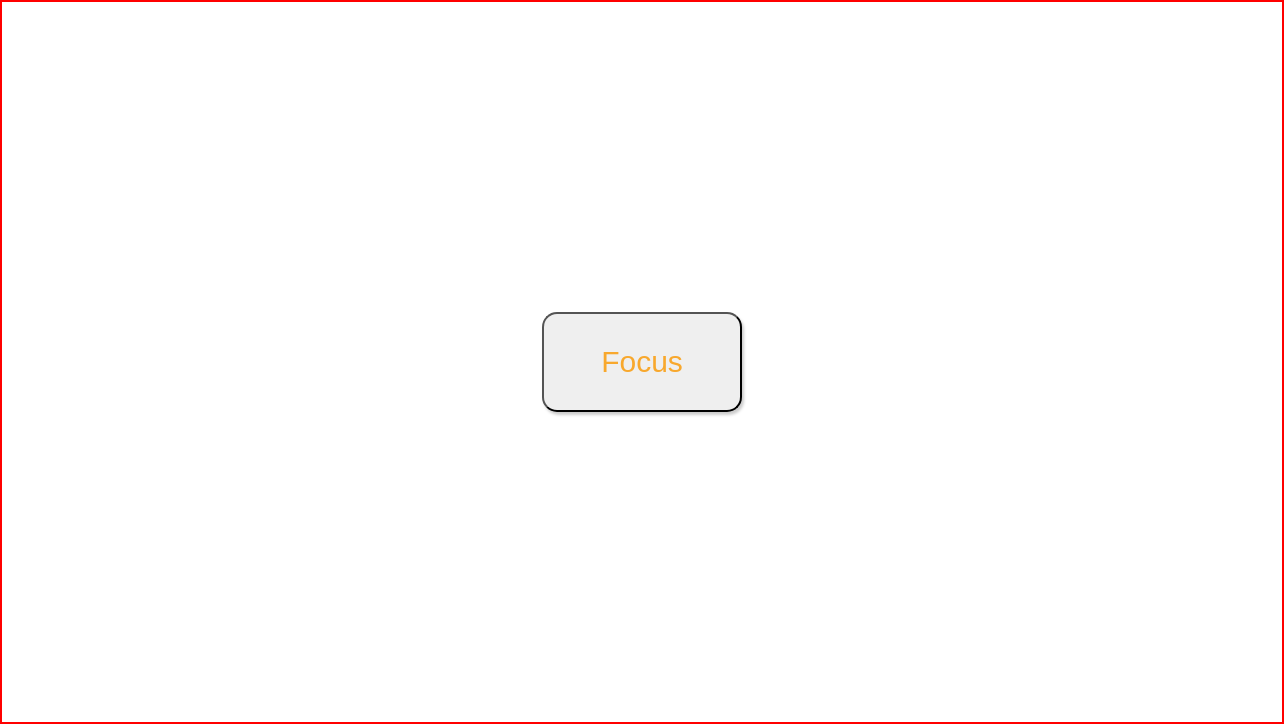
Repository: KrzysKolo/sr_tydzien4_zad5
Page: /
These files come from the project's save history. The page is drawn as it stood at one moment and after the next save; the edit follows.
The browser window is 1280 px wide. The page is 1284 px wide, then 1280 px, so the pictures cover 1284 px, including what lies to the right of the window. The pictures show the whole page.
The project was rebuilt for these pictures with package versions that can differ from the ones it lists, and the page was loaded fresh each time.

Above is the page before, as saved 2020-12-17 14:14:54.

After the next save:
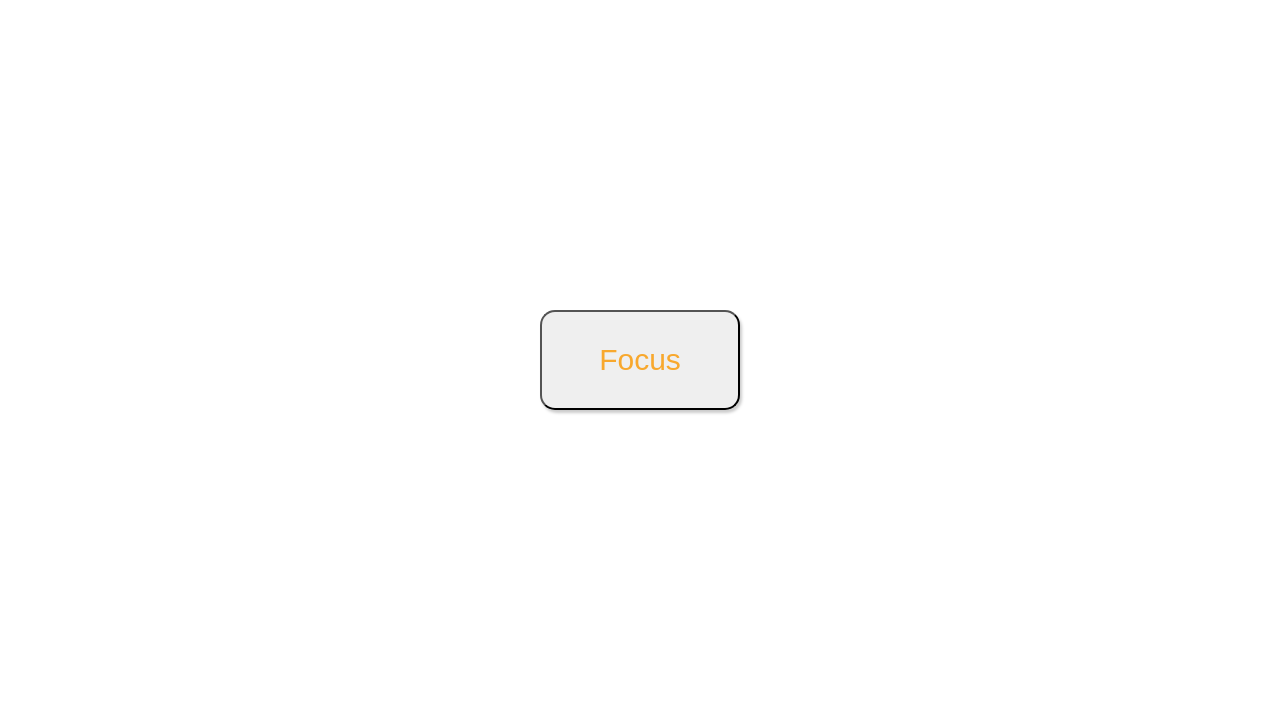
Saved 26 s later.
--- a/src/App.css
+++ b/src/App.css
@@ -5,7 +5,6 @@
   flex-direction: row;
   justify-content: center;
   align-items: center;
-  border: 2px solid red;
 }
 .btn {
   background-color: ;
